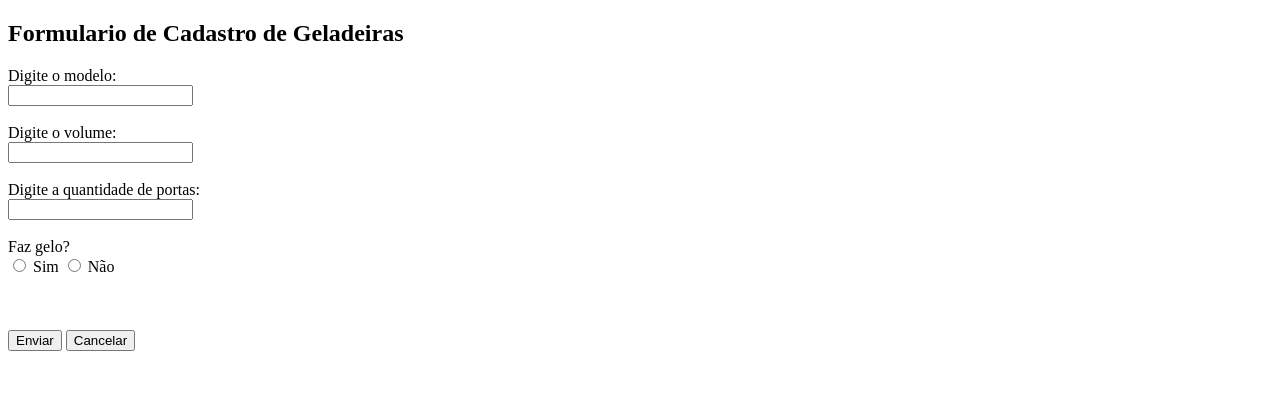
Repository: JuniorNunes7/lp4-a2
Page: http://localhost/lp4-a2/
The author's editor kept a copy of each file at every save. The page is drawn from the files as they stood at one save, then again after the next save.
The browser window is 1280 px wide. The pictures show the whole page.
The page is served by Tomcat 9. Other server files are loaded and not shown.

Above is the page before, as saved 2019-06-10 17:33:59.

### lp4-a2/WebContent/index.jsp
<%@ page language="java" contentType="text/html; charset=UTF-8"
    pageEncoding="UTF-8"%>


<!DOCTYPE html>
<html>

<head>
    <title>Cadastro de Geladeiras</title>
</head>

<body>
    <h2>Formulario de Cadastro de Geladeiras</h2>
    <form method="post" action="/lp4-a2/geladeira">
        Digite o modelo: <br>
        <input type="text" name="modelo"> <br><br>

        Digite o volume: <br>
        <input type="text" name="volume"> <br><br>

        Digite a quantidade de portas: <br>
        <input type="text" name="numPortas"> <br><br>

        Faz gelo? <br>
        <input type="radio" id="sim" name="fazGelo" value="true">
        <label for="sim">Sim</label>

        <input type="radio" id="nao" name="fazGelo" value="false">
        <label for="nao">Não</label>

        <br><br><br><br>

        <input type="submit" value="Enviar" onclick="return confirm('Tem certeza que deseja cadastrar essa geladeira?')">
        <input type="reset" value="Cancelar">
    </form>
</body>
</html>

After the next save:
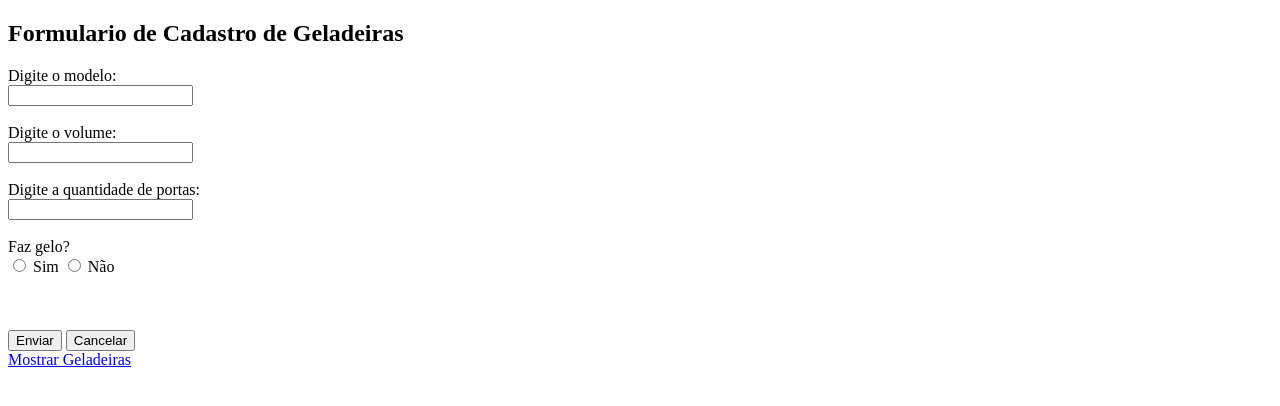
Saved 25 s later.
--- a/lp4-a2/WebContent/index.jsp
+++ b/lp4-a2/WebContent/index.jsp
@@ -33,5 +33,7 @@
         <input type="submit" value="Enviar" onclick="return confirm('Tem certeza que deseja cadastrar essa geladeira?')">
         <input type="reset" value="Cancelar">
     </form>
+
+    <a href="/lp4-a2/geladeira">Mostrar Geladeiras</a>
 </body>
 </html>
